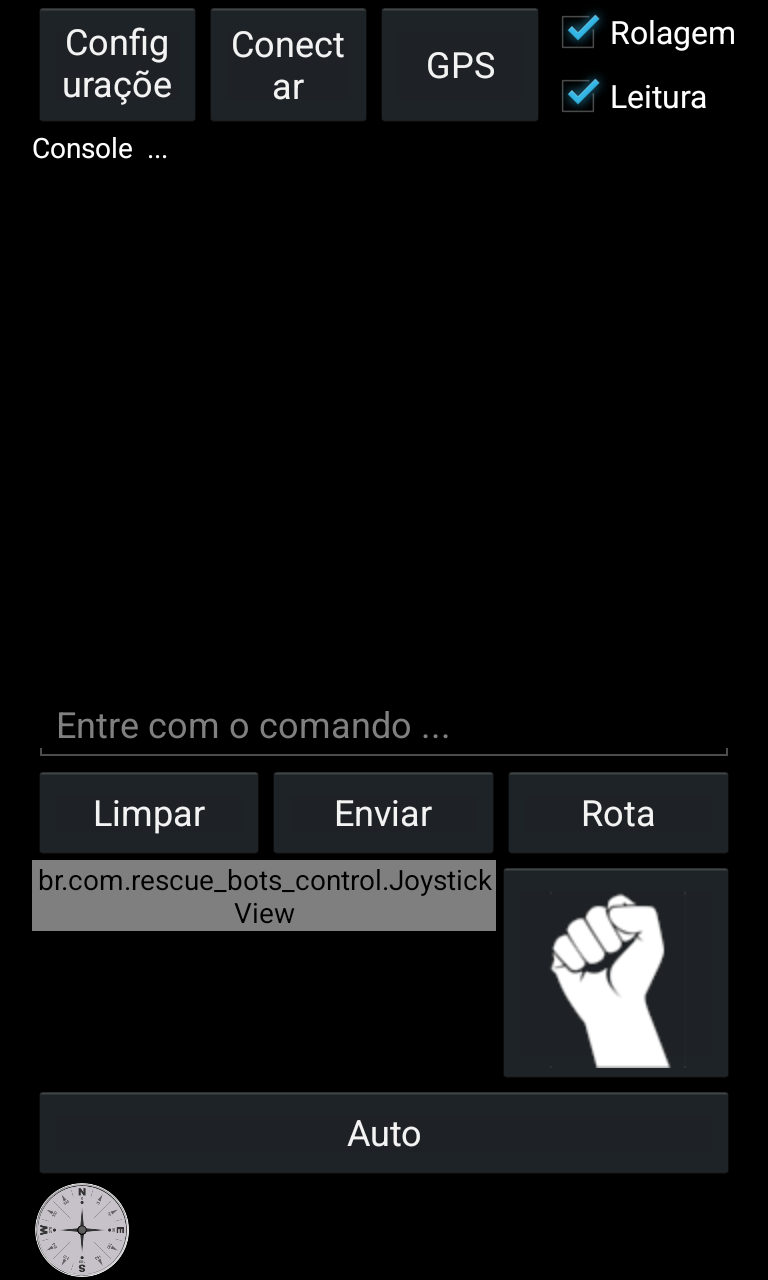
Repository: nova3dtecnologias/rescue_bot
Layout: rescue-bots-android/res/layout/activity_main_blue.xml
The author's editor kept a copy of each file at every save. The layout is drawn from the files as they stood at one save, then again after the next save.
Pictures or frames that could not be fetched are drawn as grey boxes. It is drawn on a 768 x 1280 px phone screen (xhdpi) without system bars, with theme android:Theme.Holo; the app's code is not run.

Above is the layout before, as saved 2016-06-27 17:23:22.

### rescue-bots-android/res/layout/activity_main_blue.xml
<LinearLayout xmlns:android="http://schemas.android.com/apk/res/android"
    xmlns:tools="http://schemas.android.com/tools"
    android:layout_width="fill_parent"
    android:layout_height="fill_parent"
    android:orientation="vertical"
    android:paddingLeft="16dp"
    android:paddingRight="16dp"
    tools:context=".MainActivity" >

    <LinearLayout
        android:layout_width="fill_parent"
        android:layout_height="wrap_content"
        android:orientation="horizontal" >

        <Button
            android:id="@+id/buttonConfig2"
            android:layout_width="0dp"
            android:layout_height="fill_parent"
            android:layout_weight="5"
            android:text="Configurações" />

        <Button
            android:id="@+id/btnDisconnect"
            android:layout_width="0dp"
            android:layout_height="fill_parent"
            android:layout_weight="5"
            android:text="Conectar" />

        <Button
            android:id="@+id/btnClearInput"
            android:layout_width="0dp"
            android:layout_height="fill_parent"
            android:layout_weight="5"
            android:text="GPS" />

        <LinearLayout
            android:layout_width="wrap_content"
            android:layout_height="wrap_content"
            android:orientation="vertical" >

            <CheckBox
                android:id="@+id/chkScroll"
                android:layout_width="wrap_content"
                android:layout_height="wrap_content"
                android:layout_margin="0dp"
                android:checked="true"
                android:text="Rolagem" />

            <CheckBox
                android:id="@+id/chkReceiveText"
                android:layout_width="wrap_content"
                android:layout_height="wrap_content"
                android:checked="true"
                android:text="Leitura" />
        </LinearLayout>
    </LinearLayout>

    <ScrollView
        android:id="@+id/viewScroll"
        android:layout_width="fill_parent"
        android:layout_height="0dp"
         android:layout_weight="0.3" >

        <TextView
            android:id="@+id/txtReceive"
            style="@color/white"
            android:layout_width="fill_parent"
            android:layout_height="wrap_content"
            android:layout_gravity="top"
            android:background="@color/black"
            android:freezesText="false"
            android:hint="Console  ..."
            android:scrollbars="vertical"
            android:textColorHint="@color/white"
            android:textColorLink="@color/white"
            android:typeface="normal" />

    </ScrollView>

    <EditText
        android:id="@+id/editSend"
        android:layout_width="fill_parent"
        android:layout_height="wrap_content"
        android:hint="Entre com o comando ..."
        android:focusableInTouchMode="false"
        android:inputType="text" />

    <LinearLayout
        android:layout_width="fill_parent"
        android:layout_height="wrap_content"
        android:orientation="horizontal" >

        <Button
            android:id="@+id/btnClear"
            android:layout_width="0dp"
            android:layout_height="wrap_content"
            android:layout_weight="2"
            android:padding="5dp"
            android:text="Limpar" />

        <Button
            android:id="@+id/btnSend"
            android:layout_width="0dp"
            android:layout_height="wrap_content"
            android:layout_weight="2"
            android:padding="5dp"
            android:text="Enviar" />

        <Button
            android:id="@+id/buttonRoute"
            android:layout_width="0dp"
            android:layout_height="wrap_content"
            android:layout_weight="2"
            android:text="Rota"
            android:onClick="routeOnClick"/>

    </LinearLayout>

    <RelativeLayout
        android:layout_width="match_parent"
        android:layout_height="wrap_content" >

        <br.com.rescue_bots_control.JoystickView
            android:id="@+id/viewJoystick"
            android:layout_width="wrap_content"
            android:layout_height="wrap_content"
            android:layout_alignParentLeft="true"
            android:layout_alignParentTop="true"
            android:layout_toLeftOf="@+id/imageButton1" />

        <ImageButton
            android:id="@+id/imageButton1"
            android:layout_width="wrap_content"
            android:layout_height="wrap_content"
            android:layout_alignParentRight="true"
            android:layout_centerVertical="true"
            android:src="@drawable/hand_close" />


    </RelativeLayout>

    <Button
        android:id="@+id/buttonAddCoord"
        android:layout_width="match_parent"
        android:layout_height="wrap_content"
        android:text="Auto"
        android:onClick="autoOnClick"/>

    <LinearLayout
        android:layout_width="match_parent"
        android:layout_height="wrap_content" >

        <ImageView
            android:id="@+id/compassImg"
            android:layout_width="50dp"
            android:layout_height="50dp"
            android:src="@drawable/compass" />

        <TextView
            android:id="@+id/editTextAngle"
            android:layout_width="match_parent"
            android:layout_height="wrap_content"
            android:layout_weight="1"
            android:ems="10" >


        </TextView>

    </LinearLayout>

</LinearLayout> <!-- </RelativeLayout> -->

Loaded but not shown: rescue-bots-android/res/values/colors.xml (common file)

After the next save:
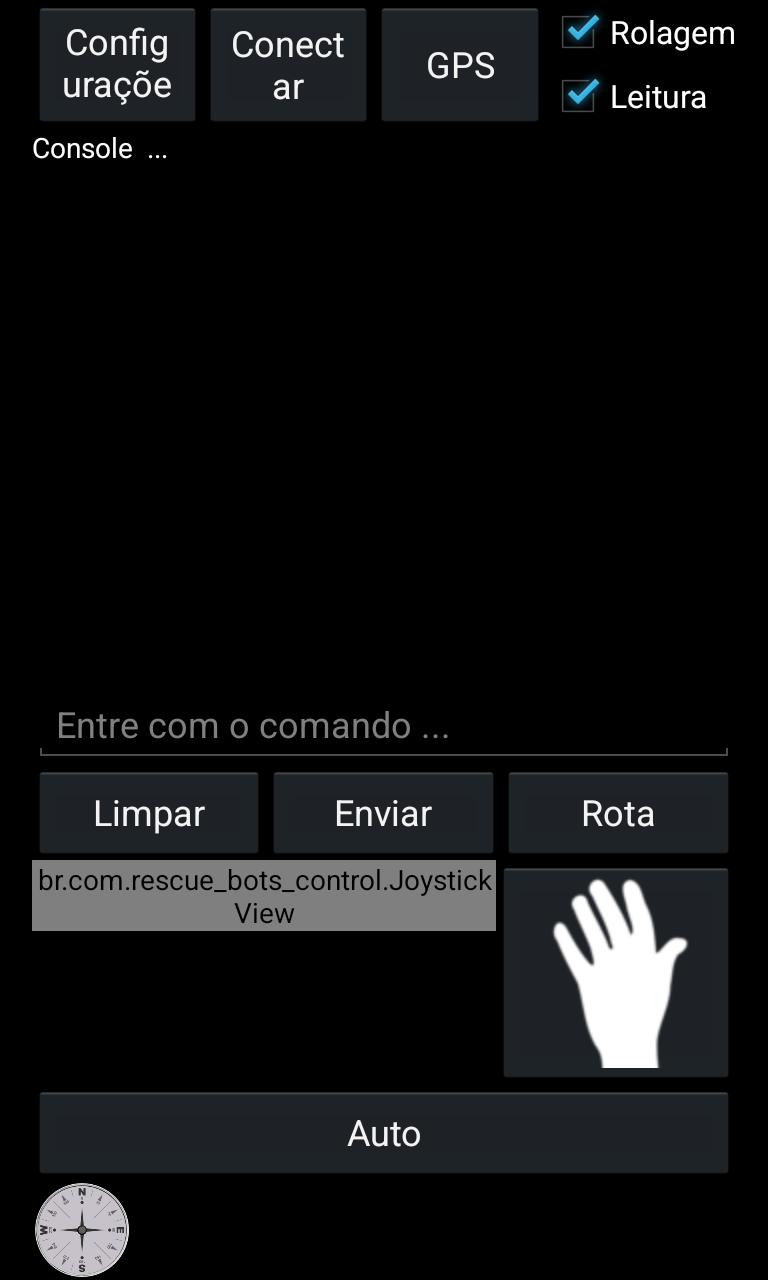
Saved 32 min 33 s later.
--- a/rescue-bots-android/res/layout/activity_main_blue.xml
+++ b/rescue-bots-android/res/layout/activity_main_blue.xml
@@ -134,7 +134,7 @@
             android:layout_height="wrap_content"
             android:layout_alignParentRight="true"
             android:layout_centerVertical="true"
-            android:src="@drawable/hand_close" />
+            android:src="@drawable/hand_open" />
 
 
     </RelativeLayout>

After the save that followed:
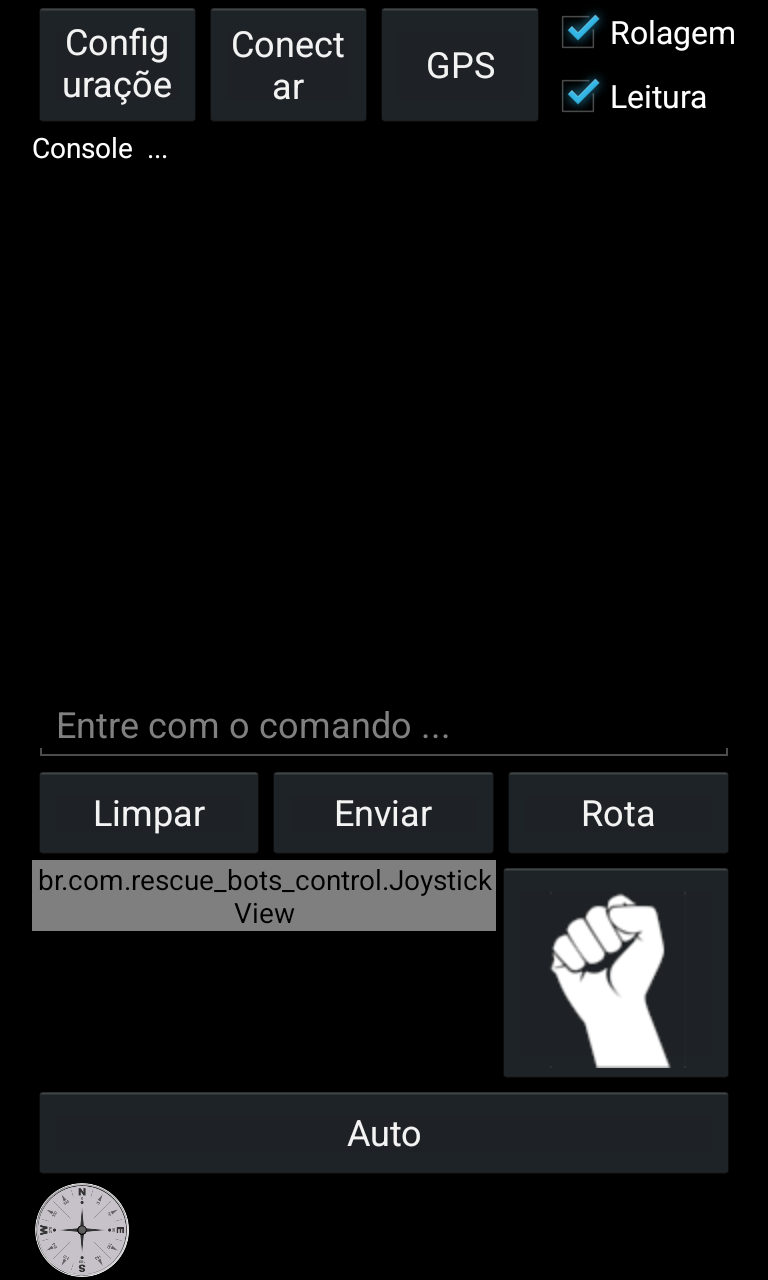
Saved 40 s later.
--- a/rescue-bots-android/res/layout/activity_main_blue.xml
+++ b/rescue-bots-android/res/layout/activity_main_blue.xml
@@ -134,7 +134,8 @@
             android:layout_height="wrap_content"
             android:layout_alignParentRight="true"
             android:layout_centerVertical="true"
-            android:src="@drawable/hand_open" />
+            android:src="@drawable/hand_close"
+            android:onClick="clawOnCLick"/>
 
 
     </RelativeLayout>
